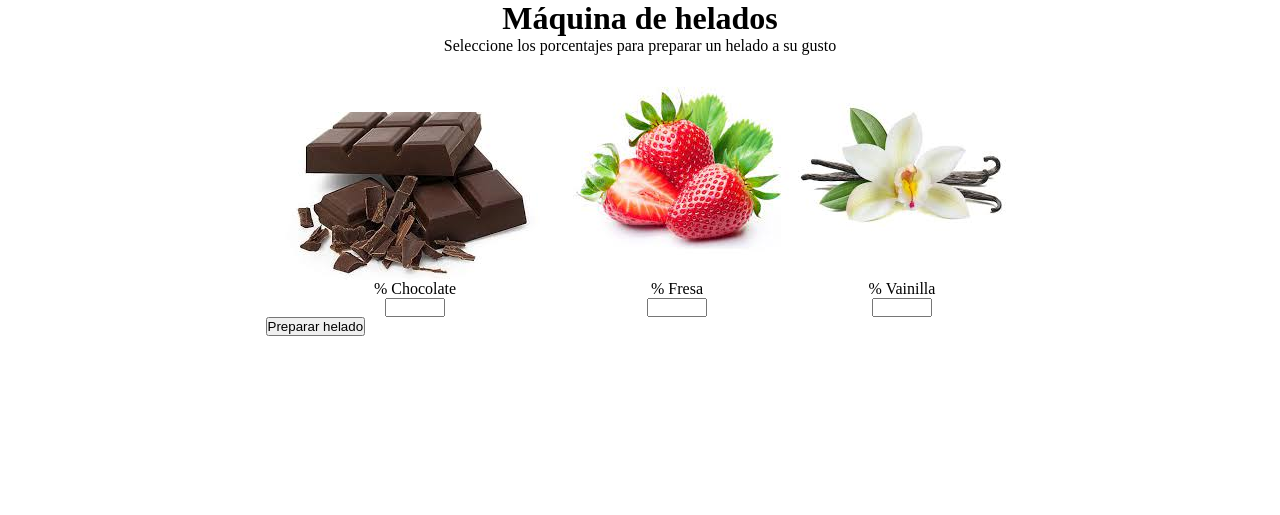
Repository: Ibizus/ejercicios_JSP
Page: http://localhost/ejercicios_Hector/ejercicio10/index.jsp
An editor plug-in stored every save of this project. The page is shown before and after the next save, followed by the edit.
The browser window is 1280 px wide. The pictures show the whole page.
The page is served by Tomcat 9.

Above is the page before, as saved 2023-11-16 19:02:17.

After the next save:
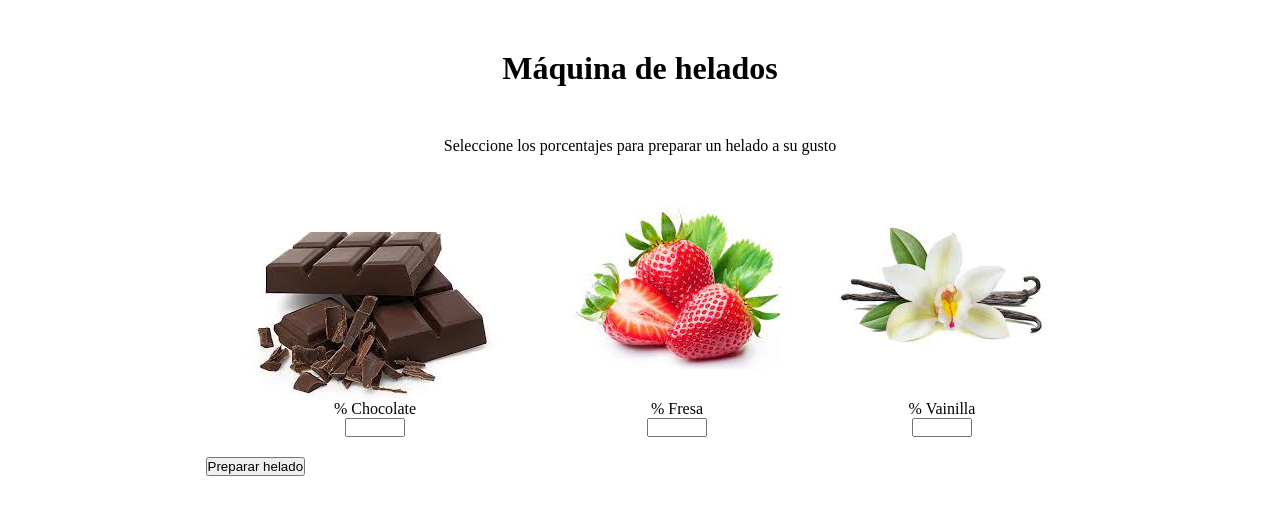
Saved 55 s later.
--- a/ejercicios_Hector/src/main/webapp/ejercicio10/css/style.css
+++ b/ejercicios_Hector/src/main/webapp/ejercicio10/css/style.css
@@ -12,6 +12,10 @@ body{
     display: flex;
     flex-direction: column;
     align-items: center;
+}
+
+h1{
+	margin: 50px;
 }
 
 #formulario{
@@ -31,4 +35,6 @@ article{
 	display: flex;
 	flex-direction: column;
 	align-items: center;
+
+	margin: 20px;
 }
